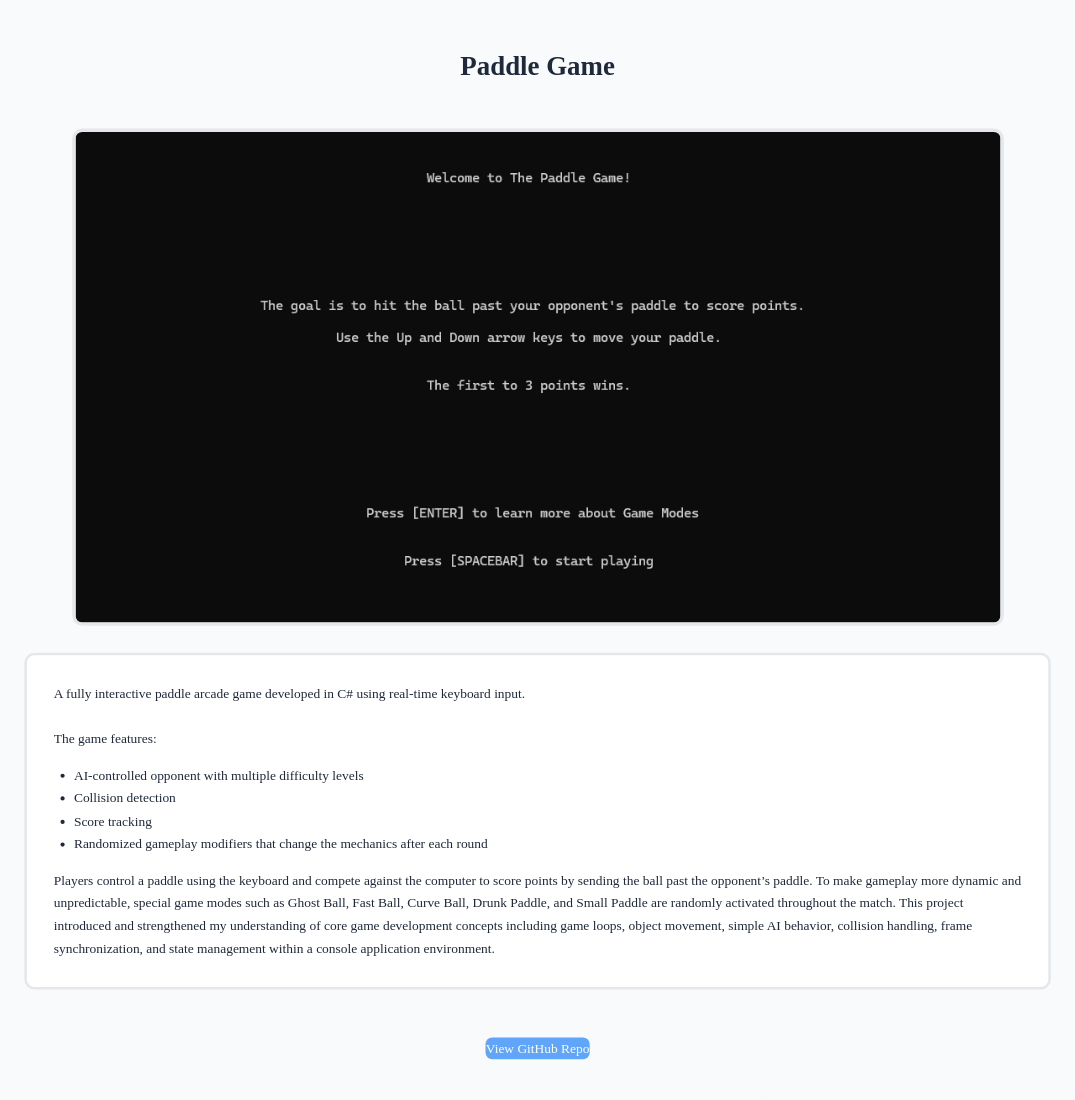
Repository: alison-cunningham/alison-cunningham
Page: pages/paddle-game.html
The author's editor kept a copy of each file at every save. The page is drawn from the files as they stood at one save, then again after the next save.
The browser window is 1280 px wide. The pictures show the whole page, at 84% of full size.
Some web fonts or font styles are not loaded; a fallback is used.

Above is the page before, as saved 2026-05-08 21:11:49.

### pages/paddle-game.html
<!DOCTYPE html>
<html lang="en">
<head>
    <meta charset="UTF-8" />
    <title>Project - Paddle Game</title>
    <meta name="viewport" content="width=device-width, initial-scale=1.0">
    <link rel="stylesheet" href="../styles/globals.css"/>
    <link rel="stylesheet" href="../styles/pages.css">
</head>
<body>
    <header class="project-header">
        <h1>Paddle Game</h1>
    </header>

    <img src="../assets/images/paddle-game-screenshot-2.png" alt="Screenshot from Paddle Game gameplay">

    <section class="project-description">
        A fully interactive paddle arcade game developed in C# using real-time keyboard input.

        <br><br>

        The game features:
        <ul>
            <li>AI-controlled opponent with multiple difficulty levels</li>
            <li>Collision detection</li>
            <li>Score tracking</li>
            <li>Randomized gameplay modifiers that change the mechanics after each round</li>
        </ul>

        Players control a paddle using the keyboard and compete against the computer to score points by sending the ball past the opponent’s paddle.
        To make gameplay more dynamic and unpredictable, special game modes such as Ghost Ball, Fast Ball, Curve Ball, Drunk Paddle, and Small Paddle are randomly activated throughout the match.
        This project introduced and strengthened my understanding of core game development concepts including game loops, object movement, simple AI behavior, collision handling, frame synchronization, and state management within a console application environment.
    </section>

    <br>
    <a class="project-link" href="https://github.com/alison-cunningham/PaddleGame-2D-Collision-Simulation.git">
        View GitHub Repo
    </a>

</body>

</html>

### styles/globals.css
@font-face{
    font-family: 'Radio-Canada';
    src: url('../assets/fonts/Radio_Canada/RadioCanada-VariableFont_wdth\,wght.ttf')
}



body{
    font-family: 'Radio-Canada';

    background-color: #f8fafc;
    color: #1e293b;

    line-height: 1.6;
    font-size: 1rem;

    margin: 0;
    overflow-x: hidden;
}


a{
    text-decoration: none;
    color: inherit;
}

h3{
    font-size: 1.4rem;
    margin-bottom: 1rem;
    color: #0f172a;
}

### styles/pages.css
.project-header{
    display: grid;
    justify-content: center;
    text-align: center;

    padding: 2rem 1rem 1rem;
}

header{
    display: grid;
    justify-content: center;
    text-align: center;
}

h1{
    margin-bottom: 0;
}

nav{
    width: 100%;
    background-color: #ffffff;

    border-bottom: .2rem solid #e5e7eb;
    border-top: .2rem solid #e5e7eb;

    display: flex;
    flex-direction: row;
    justify-content: space-evenly;

    align-items: center;

}

nav a{

    flex: 0 0 auto;

    text-decoration: none;
    color: #60a5fa;

    padding: 1rem;
    border-radius: .5rem;

    font-size: 1.1rem;
    font-weight: 600;

    transition:
    background-color 0.3s ease,
    color 0.3s ease,
    transform 0.2s ease;
}

nav a:hover{
    background-color: #34d399;
    color: white;
}

img{
    display: block;
    max-width: 90%;
    margin: 2rem auto;
    border: .3rem solid #e5e7eb;
    border-radius: .75rem;
}

.project-description{
    max-width: 90%;

    margin: 0 auto 2rem;
    padding: 2rem;

    background-color: #ffffff;
    border: .2rem solid #e5e7eb;
    border-radius: .75rem;

    line-height: 1.7;
}

.project-description ul{
    margin-top: 1rem;
    margin-bottom: 1rem;
    padding-left: 1.5rem;
}

.project-link{
    display: block;
    width: fit-content;

    margin: 0 auto 3rem;

    background-color: #60a5fa;
    color: white;

    text-decoration: none;

    border-radius: .5rem;

    transition: background-color 0.3s ease;
    transition: transform 0.2s ease;
}

.project-link:hover{
    background-color: #34d399;
}

iframe{
    width: 100%;
    min-height: 80vh;
    border: 0;
}

After the next save:
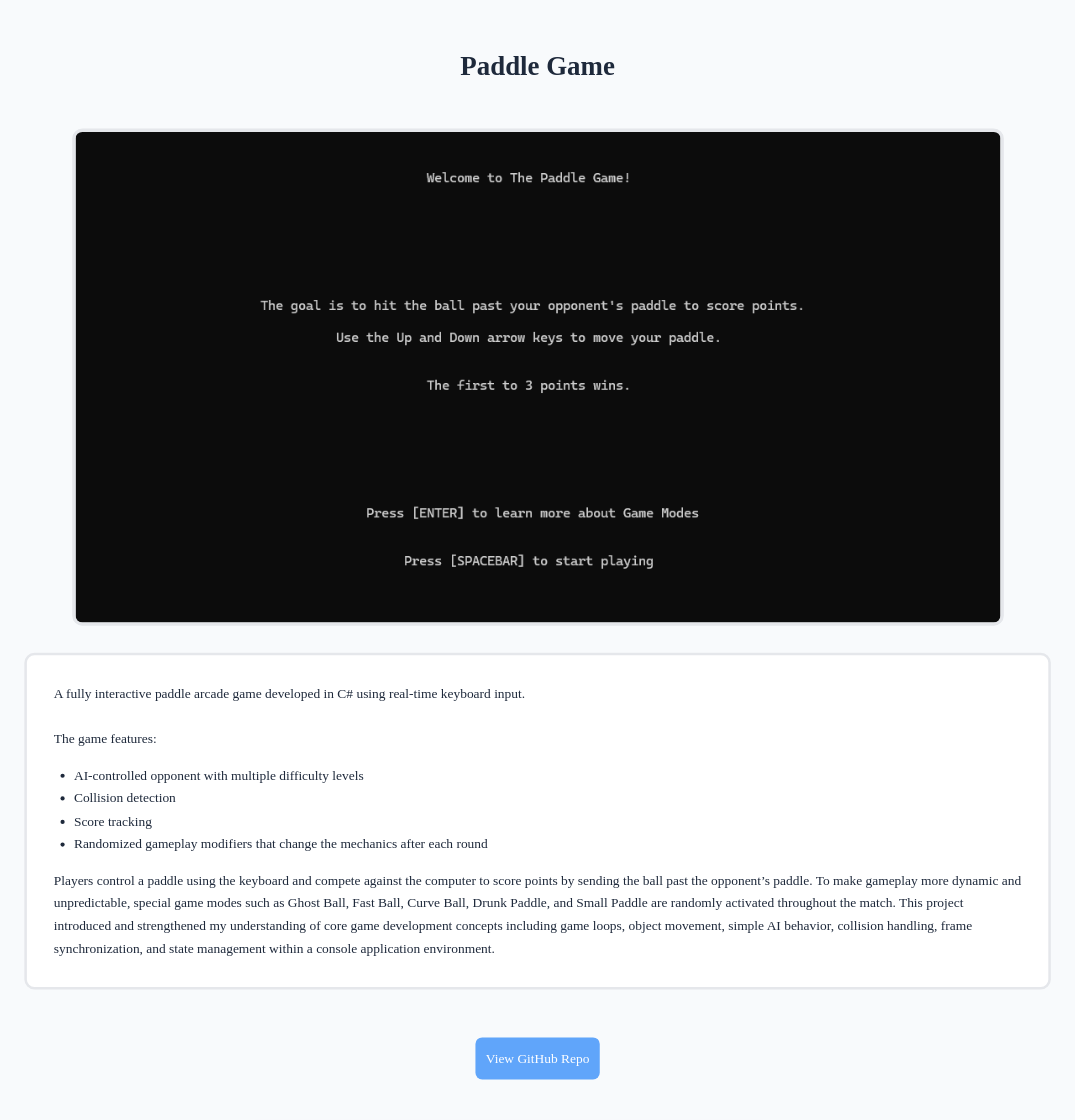
Saved 111 s later.
--- a/styles/pages.css
+++ b/styles/pages.css
@@ -87,6 +87,7 @@ img{
     width: fit-content;
 
     margin: 0 auto 3rem;
+    padding: .75rem;
 
     background-color: #60a5fa;
     color: white;
